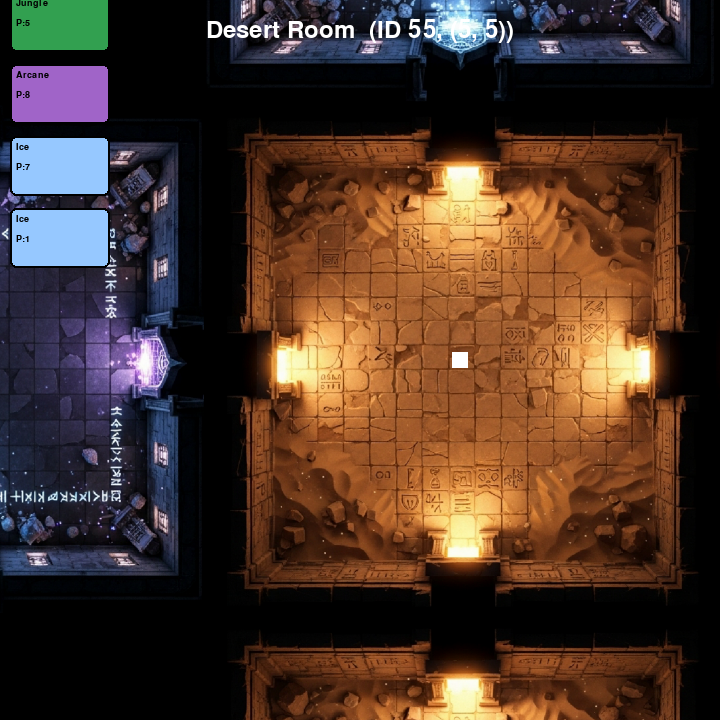
Repository: MehediMim/GateBound
Script's output: python main.py
These files come from the project's save history. The script's output is drawn as it stood at one moment and after the next save; the edit follows.
The window is shown after at most 60 frames with no key pressed. Random numbers start from a fixed seed. It also reads assets/bg_arcane.png, assets/bg_desert.png, assets/bg_ice.png, assets/bg_jungle.png, assets/bg_volcanic.png.

Above is the script's output before, as saved 2026-01-26 18:37:16.

### main.py
import pygame
import sys
import random

# =========================
# CONFIG
# =========================
SCREEN = 720
ROOM_ORIGINAL = 1024
ROOM_SCALE = 0.5
ROOM_DRAW = int(ROOM_ORIGINAL * ROOM_SCALE)  # 512
FPS = 60
PLAYER_SPEED = 5
DEBUG = False

GRID_W = 10
GRID_H = 10

# =========================
# CARD CONFIG
# =========================
CARD_TYPES = ["Jungle", "Desert", "Ice", "Volcanic", "Arcane"]
CARD_MIN_POWER = 1
CARD_MAX_POWER = 9
MAX_CARDS = 5



# =========================
# INIT
# =========================
pygame.init()
screen = pygame.display.set_mode((SCREEN, SCREEN))
pygame.display.set_caption("Tower Puzzle — Rooms (10x10)")
clock = pygame.time.Clock()
font = pygame.font.SysFont(None, 36)
map_font = pygame.font.SysFont(None, 14)

# =========================
# ROOM TYPES + BG
# =========================
ROOM_TYPES = ["Jungle", "Desert", "Ice", "Volcanic", "Arcane"]

BG_RAW = {
    "Jungle": pygame.image.load("assets/bg_jungle.png").convert(),
    "Desert": pygame.image.load("assets/bg_desert.png").convert(),
    "Ice": pygame.image.load("assets/bg_ice.png").convert(),
    "Volcanic": pygame.image.load("assets/bg_volcanic.png").convert(),
    "Arcane": pygame.image.load("assets/bg_arcane.png").convert(),
}

BG = {k: pygame.transform.smoothscale(v, (ROOM_DRAW, ROOM_DRAW)) for k, v in BG_RAW.items()}

# =========================
# LAYOUT
# =========================
SIDEBAR_W = 200
GAME_W = SCREEN - SIDEBAR_W
GAME_H = SCREEN

# =========================
# CENTER ROOM RECT (SCREEN SPACE)
# =========================
ROOM_RECT = pygame.Rect(
    SIDEBAR_W + (GAME_W - ROOM_DRAW) // 2,
    (GAME_H - ROOM_DRAW) // 2,
    ROOM_DRAW,
    ROOM_DRAW
)



# Door hitboxes around the center room (screen space)
DOORS = {
    "top":    pygame.Rect(ROOM_RECT.centerx - 56, ROOM_RECT.top - 112, 112, 112),
    "bottom": pygame.Rect(ROOM_RECT.centerx - 56, ROOM_RECT.bottom,     112, 112),
    "left":   pygame.Rect(ROOM_RECT.left - 112,   ROOM_RECT.centery - 56, 112, 112),
    "right":  pygame.Rect(ROOM_RECT.right,        ROOM_RECT.centery - 56, 112, 112),
}

# Allow player to reach doors
WALK_RECT = ROOM_RECT.copy()
for r in DOORS.values():
    WALK_RECT.union_ip(r)


SPAWN = ROOM_RECT.center

# =========================
# FIXED 10x10 WORLD (PERSISTENT)
# =========================
rooms = {}

def room_id(x, y):
    return y * GRID_W + x

def id_to_xy(rid):
    return (rid % GRID_W, rid // GRID_W)

def create_world():
    for y in range(GRID_H):
        for x in range(GRID_W):
            rid = room_id(x, y)

            links = {}
            if y > 0:              links["top"] = room_id(x, y - 1)
            if y < GRID_H - 1:     links["bottom"] = room_id(x, y + 1)
            if x > 0:              links["left"] = room_id(x - 1, y)
            if x < GRID_W - 1:     links["right"] = room_id(x + 1, y)

            rooms[rid] = {
                "id": rid,
                "pos": (x, y),
                "type": random.choice(ROOM_TYPES),  # random ONCE
                "links": links
            }

create_world()
current = room_id(GRID_W // 2, GRID_H // 2)

# =========================
# PLAYER
# =========================
player = pygame.Rect(0, 0, 16, 16)
player.center = SPAWN




# =========================
# CARDS
# =========================
cards = []

def create_random_card():
    return {
        "type": random.choice(CARD_TYPES),
        "power": random.randint(CARD_MIN_POWER, CARD_MAX_POWER)
    }

def init_cards():
    cards.clear()
    for _ in range(MAX_CARDS):
        cards.append(create_random_card())



def print_cards():
    print("---- CARDS ----")
    for i, c in enumerate(cards):
        print(f"{i}: {c['type']} ({c['power']})")
    print("---------------")

init_cards()
print_cards()
print("CARDS AT START:", cards)




# =========================
# MOVEMENT + ROOM CHANGE
# =========================
def move(dx, dy):
    player.x += dx
    player.y += dy
    player.clamp_ip(WALK_RECT)

def print_room_list():
    print("====== ROOM LIST (10x10) ======")
    for rid in range(GRID_W * GRID_H):
        print(f"Room {rid:02d} @ {rooms[rid]['pos']}: {rooms[rid]['type']}")
    print("===============================")

def change_room(direction):
    global current
    if direction in rooms[current]["links"]:
        current = rooms[current]["links"][direction]
        player.center = SPAWN

        r = rooms[current]
        print("---- ROOM CHANGE ----")
        print("Current:", current, "Grid:", r["pos"], "Type:", r["type"])
        for k in ("top", "left", "right", "bottom"):
            print(f"  {k} ->", r["links"].get(k))
        print("---------------------")

def handle_doors():
    for direction, rect in DOORS.items():
        if player.colliderect(rect):
            change_room(direction)
            break

# =========================
# DEBUG DRAW
# =========================
def draw_debug():
    pygame.draw.rect(screen, (0, 255, 0), ROOM_RECT, 2)
    pygame.draw.rect(screen, (255, 255, 0), WALK_RECT, 2)
    for name, r in DOORS.items():
        pygame.draw.rect(screen, (255, 0, 0), r, 2)
        t = map_font.render(name, True, (255, 0, 0))
        screen.blit(t, (r.x + 5, r.y + 5))
    pygame.draw.rect(screen, (0, 150, 255), player, 2)

def draw_debug_info():
    y = 60
    line_h = 20
    room = rooms[current]

    def line(text):
        nonlocal y
        screen.blit(font.render(text, True, (255, 255, 0)), (10, y))
        y += line_h

    line(f"Room ID: {current}  Grid: {room['pos']}  Type: {room['type']}")
    line(f"Top: {room['links'].get('top')}")
    line(f"Left: {room['links'].get('left')}")
    line(f"Right: {room['links'].get('right')}")
    line(f"Bottom: {room['links'].get('bottom')}")

# =========================
# MINIMAP (CROSS: MAX 5 EACH SIDE)
# =========================
def draw_minimap():
    panel_size = 200
    panel_x = SCREEN - panel_size - 10
    panel_y = 10

    node = 16
    gap = 4
    step = node + gap

    center_x = panel_x + panel_size // 2 - node // 2
    center_y = panel_y + panel_size // 2 - node // 2

    pygame.draw.rect(screen, (20, 20, 20), (panel_x, panel_y, panel_size, panel_size))
    pygame.draw.rect(screen, (200, 200, 200), (panel_x, panel_y, panel_size, panel_size), 2)

    # center
    pygame.draw.rect(screen, (0, 200, 255), (center_x, center_y, node, node))
    screen.blit(map_font.render(str(current), True, (0, 0, 0)), (center_x + 3, center_y + 2))

    for d, (dx, dy) in {
        "top": (0, -1),
        "bottom": (0, 1),
        "left": (-1, 0),
        "right": (1, 0),
    }.items():
        rid = current
        cx, cy = center_x, center_y

        for _ in range(5):
            nxt = rooms[rid]["links"].get(d)
            if nxt is None:
                break

            cx += dx * step
            cy += dy * step

            pygame.draw.line(
                screen, (120, 120, 120),
                (cx + node // 2 - dx * step, cy + node // 2 - dy * step),
                (cx + node // 2, cy + node // 2),
                2
            )

            pygame.draw.rect(screen, (170, 170, 170), (cx, cy, node, node))
            screen.blit(map_font.render(str(nxt), True, (0, 0, 0)), (cx + 3, cy + 2))

            rid = nxt

def draw_cards():
    x = 10
    y = 80 // 2 - 120
    w = 100
    h = 60
    gap = 12

    for i, c in enumerate(cards):
        color = {
            "Jungle": (50, 160, 80),
            "Desert": (200, 180, 80),
            "Ice": (150, 200, 255),
            "Volcanic": (200, 80, 60),
            "Arcane": (160, 100, 200)
        }[c["type"]]

        rect = pygame.Rect(x, y + i * (h + gap), w, h)
        pygame.draw.rect(screen, color, rect, border_radius=6)
        pygame.draw.rect(screen, (0, 0, 0), rect, 2, border_radius=6)

        t1 = map_font.render(c["type"], True, (0, 0, 0))
        t2 = map_font.render(f"P:{c['power']}", True, (0, 0, 0))

        screen.blit(t1, (rect.x + 6, rect.y + 6))
        screen.blit(t2, (rect.x + 6, rect.y + 26))


# =========================
# LOOP
# =========================
while True:
    clock.tick(FPS)

    for e in pygame.event.get():
        if e.type == pygame.QUIT:
            pygame.quit()
            sys.exit()
        if e.type == pygame.KEYDOWN:
            if e.key == pygame.K_p:   # print whole list on demand
                print_room_list()

    k = pygame.key.get_pressed()
    dx = dy = 0
    if k[pygame.K_a] or k[pygame.K_LEFT]:
        dx -= PLAYER_SPEED
    if k[pygame.K_d] or k[pygame.K_RIGHT]:
        dx += PLAYER_SPEED
    if k[pygame.K_w] or k[pygame.K_UP]:
        dy -= PLAYER_SPEED
    if k[pygame.K_s] or k[pygame.K_DOWN]:
        dy += PLAYER_SPEED

    move(dx, dy)
    handle_doors()


    # Game box background
    pygame.draw.rect(
        screen,
        (30, 30, 30),
        (SIDEBAR_W, 0, GAME_W, GAME_H)
    )
    pygame.draw.rect(
        screen,
        (180, 180, 180),
        (SIDEBAR_W, 0, GAME_W, GAME_H),
        2
    )

    # =====================
    # DRAW (HALF PREVIEWS)
    # =====================
    screen.fill((0, 0, 0))

    room = rooms[current]
    cx, cy = ROOM_RECT.topleft
    w = h = ROOM_DRAW
    half = w // 2

    # Center room (full)
    screen.blit(BG[room["type"]], (cx, cy))

    # Top room (show bottom half)
    top_id = room["links"].get("top")
    if top_id is not None:
        top_room = rooms[top_id]
        top_img = BG[top_room["type"]].subsurface(pygame.Rect(0, half, w, half))
        screen.blit(top_img, (cx, cy - half))

    # Bottom room (show top half)
    bottom_id = room["links"].get("bottom")
    if bottom_id is not None:
        bottom_room = rooms[bottom_id]
        bottom_img = BG[bottom_room["type"]].subsurface(pygame.Rect(0, 0, w, half))
        screen.blit(bottom_img, (cx, cy + w))

    # Left room (show right half)
    left_id = room["links"].get("left")
    if left_id is not None:
        left_room = rooms[left_id]
        left_img = BG[left_room["type"]].subsurface(pygame.Rect(half, 0, half, h))
        screen.blit(left_img, (cx - half, cy))

    # Right room (show left half)
    right_id = room["links"].get("right")
    if right_id is not None:
        right_room = rooms[right_id]
        right_img = BG[right_room["type"]].subsurface(pygame.Rect(0, 0, half, h))
        screen.blit(right_img, (cx + w, cy))

    # Player
    pygame.draw.rect(screen, (255, 255, 255), player)

    # Label
    label = font.render(f"{room['type']} Room  (ID {current}, {room['pos']})", True, (255, 255, 255))
    screen.blit(label, (SCREEN // 2 - label.get_width() // 2, 18))

    if DEBUG:
        draw_debug()
        draw_debug_info()
        draw_minimap()

    draw_cards()

    pygame.display.flip()

After the next save:
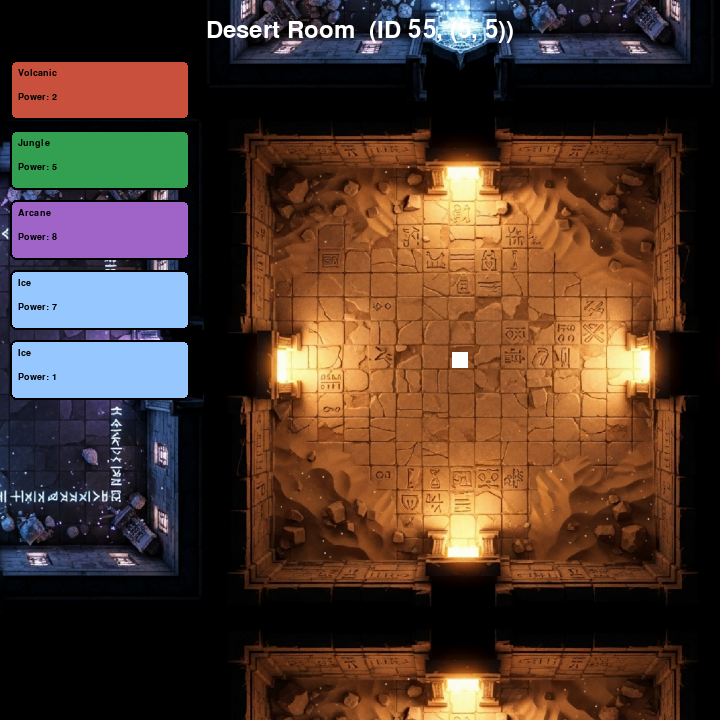
Saved 21 s later.
--- a/main.py
+++ b/main.py
@@ -269,13 +269,12 @@ def draw_minimap():
             screen.blit(map_font.render(str(nxt), True, (0, 0, 0)), (cx + 3, cy + 2))
 
             rid = nxt
-
 def draw_cards():
     x = 10
-    y = 80 // 2 - 120
-    w = 100
+    y = 60
+    w = SIDEBAR_W - 20
     h = 60
-    gap = 12
+    gap = 10
 
     for i, c in enumerate(cards):
         color = {
@@ -287,14 +286,15 @@ def draw_cards():
         }[c["type"]]
 
         rect = pygame.Rect(x, y + i * (h + gap), w, h)
+
         pygame.draw.rect(screen, color, rect, border_radius=6)
         pygame.draw.rect(screen, (0, 0, 0), rect, 2, border_radius=6)
 
         t1 = map_font.render(c["type"], True, (0, 0, 0))
-        t2 = map_font.render(f"P:{c['power']}", True, (0, 0, 0))
-
-        screen.blit(t1, (rect.x + 6, rect.y + 6))
-        screen.blit(t2, (rect.x + 6, rect.y + 26))
+        t2 = map_font.render(f"Power: {c['power']}", True, (0, 0, 0))
+
+        screen.blit(t1, (rect.x + 8, rect.y + 8))
+        screen.blit(t2, (rect.x + 8, rect.y + 32))
 
 
 # =========================
